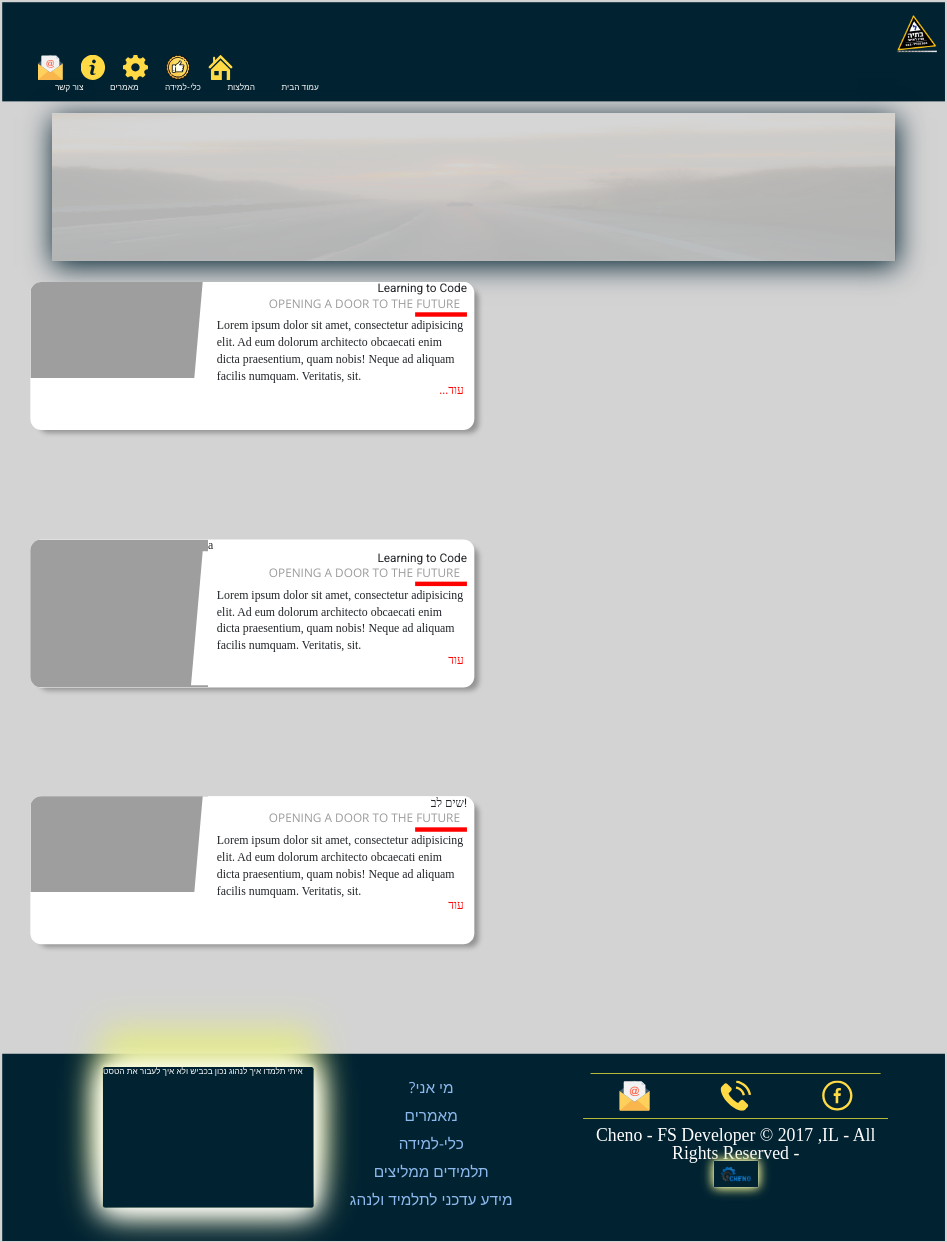
Repository: ChenGinsberg/BatyaLamed-site
Page: index.html
The author's editor kept a copy of each file at every save. The page is drawn from the files as they stood at one save, then again after the next save.
The browser window is 1280 px wide. The pictures show the whole page, at 74% of full size.
Pictures or frames that could not be fetched are drawn as grey boxes. Some web libraries are served in a nearby version.

Above is the page before, as saved 2017-11-14 00:02:51.

After the next save:
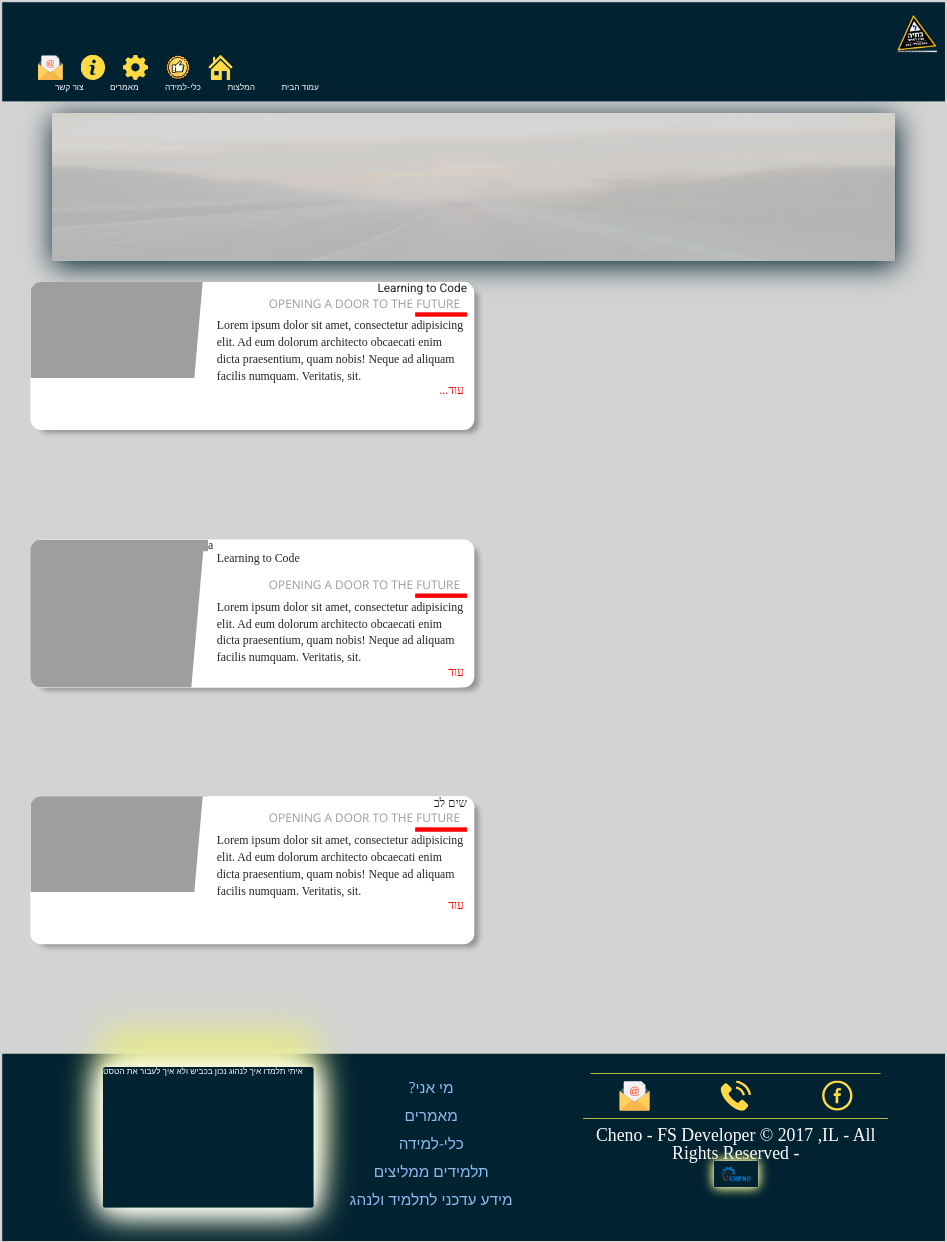
Saved 31 s later.
--- a/index.html
+++ b/index.html
@@ -64,7 +64,7 @@
         <div class="photo photo2"></div>
         a
         <div class="description">
-            <h1>Learning to Code</h1>
+            <span>Learning to Code</span>
             <h2>Opening a door to the future</h2>
             <p class="summary">Lorem ipsum dolor sit amet, consectetur adipisicing elit. Ad eum dolorum architecto obcaecati enim dicta praesentium,
                 quam nobis! Neque ad aliquam facilis numquam. Veritatis, sit.</p>
@@ -75,7 +75,22 @@
         <div class="photo photo1"></div>
 
         <div class="description">
-            <h1>!שים לב</h1>
+            <h1>
+                <!DOCTYPE html>
+                <html lang="en">
+
+                <head>
+                    <meta charset="UTF-8">
+                    <meta name="viewport" content="width=device-width, initial-scale=1.0">
+                    <meta http-equiv="X-UA-Compatible" content="ie=edge">
+                    <title>Document</title>
+                </head>
+
+                <body>
+
+                </body>
+
+                </html>שים לב</h1>
             <h2>Opening a door to the future</h2>
             <p class="summary">Lorem ipsum dolor sit amet, consectetur adipisicing elit. Ad eum dolorum architecto obcaecati enim dicta praesentium,
                 quam nobis! Neque ad aliquam facilis numquam. Veritatis, sit.</p>
